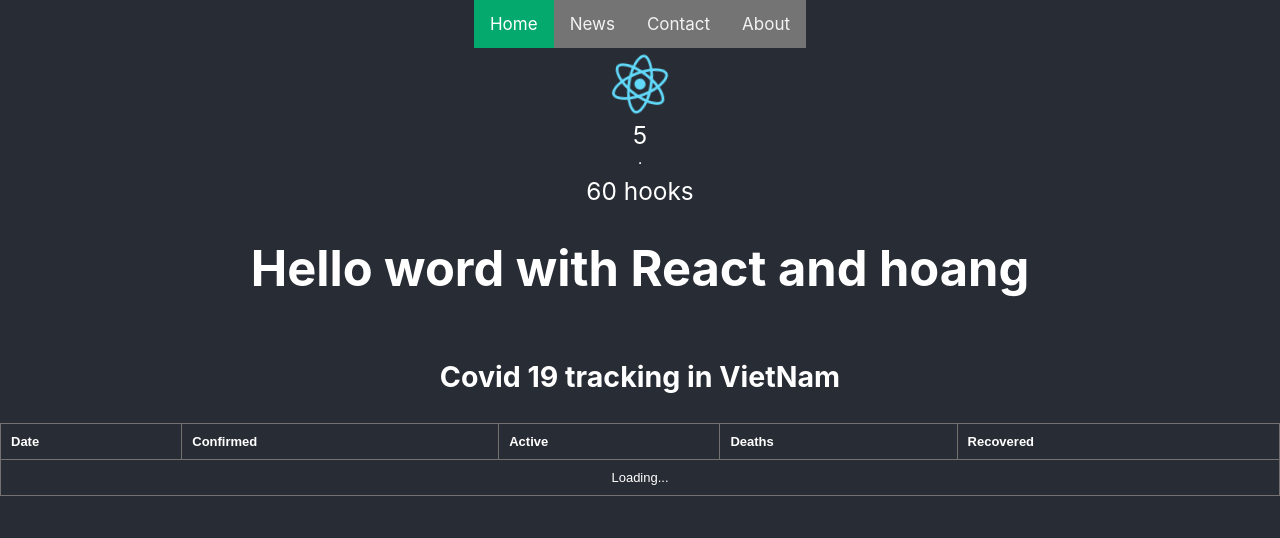
Repository: hoang0508/ReactJsHookBasic
Page: /
The author's editor kept a copy of each file at every save. The page is drawn from the files as they stood at one save, then again after the next save.
The browser window is 1280 px wide. The pictures show the whole page.
The page's requests for data from a server got no answer. The project was rebuilt for these pictures with package versions that can differ from the ones it lists, and the page was loaded fresh each time. No one was signed in, and anything a server would have sent is missing. Also part of the build but not shown: src/views/Todo.js.

Above is the page before, as saved 2021-11-14 22:13:40.

### src/App.js
import logo from "./logo.svg";
import "./App.css";
import Nav from "./views/Nav";
import { useState, useEffect } from "react";
import Todo from "./views/Todo";
import Covid from "./views/covid";
import { Countdown, NewCountDown } from "./views/Countdown";
// template + logic
// JSX
// babel
function App() {
  // state
  // let name = "Hoang";
  // useState (hook)
  let [name, setName] = useState("hoang");
  const [address, setAddress] = useState("");
  const [todos, setTodos] = useState([
    { id: "todo1", title: "My school EPU", type: "hoang" },
    { id: "todo2", title: "Doing homework", type: "huy" },
  ]);

  // didmount
  useEffect(() => {
    console.log("run use effect");
  }, [address]);

  useEffect(() => {
    console.log("run use effect todo");
  }, [todos]);

  const handleEventClick = (event) => {
    // setName(address); // setName re render
    // console.log("click me", name);
    // hook not merge state
    if (!address) {
      alert("empty input");
      return;
    }
    let newTodo = {
      id: Math.floor(Math.random() * 1000),
      title: address,
      type: "hoang",
    };
    setTodos([...todos, newTodo]); // spread
    setAddress("");
  };
  const handleOnchangeInput = (event) => {
    setAddress(event.target.value);
    // console.log(event.target.value);
  };
  const deleteDataTodo = (id) => {
    let currentTodos = todos;
    currentTodos = currentTodos.filter((item) => item.id !== id);
    setTodos(currentTodos);
  };

  const onTimesup = () => {
    alert("times up");
  };
  return (
    <div className="App">
      <header className="App-header">
        <Nav />
        <img src={logo} className="App-logo" alt="logo" />
        <Countdown onTimesup={onTimesup} />
        <hr />
        <NewCountDown />
        <h1>Hello word with React and {name}</h1>
        <Covid />
        {/* <Todo
          todos={todos}
          title={"All todos"}
          deleteDataTodo={deleteDataTodo}
        />
        <Todo
          todos={todos.filter((item) => item.type === "hoang")}
          title={"Hoang's todo"}
          deleteDataTodo={deleteDataTodo}
        />
        <input
          type="text"
          value={address}
          onChange={(event) => handleOnchangeInput(event)}
        />
        <button type="button" onClick={(event) => handleEventClick(event)}>
          Click me
        </button> */}
      </header>
    </div>
  );
}

export default App;

### src/App.css
.App {
  text-align: center;
}

.App-logo {
  height: 10vmin;
  pointer-events: none;
}

@media (prefers-reduced-motion: no-preference) {
  .App-logo {
    animation: App-logo-spin infinite 20s linear;
  }
}

.App-header {
  background-color: #282c34;
  min-height: 100vh;
  display: flex;
  flex-direction: column;
  align-items: center;
  /* justify-content: center; */
  font-size: calc(10px + 2vmin);
  color: white;
}

.App-link {
  color: #61dafb;
}

@keyframes App-logo-spin {
  from {
    transform: rotate(0deg);
  }
  to {
    transform: rotate(360deg);
  }
}

table {
  font-family: arial, sans-serif;
  border-collapse: collapse;
  width: 100%;
  font-size: 13px;
}

td,
th {
  border: 1px solid #747171;
  text-align: left;
  padding: 10px;
}

tr:nth-child(even) {
  background-color: #545454;
}

### src/views/Nav.js
import "./Nav.scss";
const Nav = () => {
  return (
    <div className="topnav">
      <a className="active" href="#home">
        Home
      </a>
      <a href="#news">News</a>
      <a href="#contact">Contact</a>
      <a href="#about">About</a>
    </div>
  );
};

export default Nav;

### src/views/covid.js
import moment from "moment";
import { useEffect, useState } from "react";
import useFetch from "../customize/fetch";
const Covid = () => {
  const today = new Date(new Date().setHours(0, 0, 0, 0));
  const priorDate = moment().subtract(31, "days");
  const {
    data: dataCovid,
    isloading,
    isError,
  } = useFetch(
    `https://api.covid19api.com/country/vietnam?from=${priorDate.toISOString()}&to=${today.toISOString()}`
  );
  return (
    <>
      <h3>Covid 19 tracking in VietNam</h3>
      <table>
        <thead>
          <tr>
            <th>Date</th>
            <th>Confirmed</th>
            <th>Active</th>
            <th>Deaths</th>
            <th>Recovered</th>
          </tr>
        </thead>
        <tbody>
          {isError === false &&
            isloading === false &&
            dataCovid &&
            dataCovid.length > 0 &&
            dataCovid.map((item) => {
              return (
                <tr key={item.ID}>
                  <td>{item.Date}</td>
                  <td>{item.Confirmed}</td>
                  <td>{item.Active}</td>
                  <td>{item.Deaths}</td>
                  <td>{item.Recovered}</td>
                </tr>
              );
            })}

          {isloading === true && (
            <tr>
              <td colSpan="5" style={{ textAlign: "center" }}>
                Loading...
              </td>
            </tr>
          )}

          {isError === true && (
            <tr>
              <td colSpan="5" style={{ textAlign: "center" }}>
                Something wrong ...
              </td>
            </tr>
          )}
        </tbody>
      </table>
    </>
  );
};

export default Covid;

### src/views/Countdown.js
import React from "react";
class Countdown extends React.Component {
  state = {
    count: 10,
  };
  componentDidMount() {
    // setTimeout(() => {
    //   console.log("me");
    // }, 1000);

    this.timer = setInterval(() => {
      this.setState({
        count: this.state.count - 1,
      });
    }, 1000);
  }
  componentDidUpdate(prevProps, prevState) {
    if (prevState !== this.state.count && this.state.count === 0) {
      if (this.timer) {
        clearInterval(this.timer);
        this.props.onTimesup();
      }
    }
  }
  render() {
    return <div>{this.state.count}</div>;
  }
}

// export default Countdown;

const NewCountDown = () => {
  return <div>60 hooks</div>;
};

export { Countdown, NewCountDown };

### src/views/Nav.scss
.topnav {
  overflow: hidden;
  background-color: #747474;
  a {
    float: left;
    color: #f2f2f2;
    text-align: center;
    padding: 14px 16px;
    text-decoration: none;
    font-size: 17px;
  }
  a:hover {
    background-color: #ddd;
    color: black;
  }
  a.active {
    background-color: #04aa6d;
    color: white;
  }
}

### src/customize/fetch.js
import { useEffect, useState } from "react";
import axios from "axios";
import moment from "moment";
const useFetch = (url) => {
  const [data, setData] = useState([]);
  const [isloading, setIsLoading] = useState(true);
  const [isError, setIsError] = useState(false);
  // componentDidmount
  useEffect(() => {
    try {
      async function fetchData() {
        let reponse = await axios.get(url);
        let data = reponse && reponse.data ? reponse.data : [];
        if (data && data.length > 0) {
          data.map((item) => {
            item.Date = moment(item.Date).format("DD/MM/YYYY");
            return item;
          });
          data = data.reverse();
        }
        setData(data);
        setIsLoading(false);
        setIsError(false);
      }
      fetchData();
    } catch (e) {
      setIsError(true);
      setIsLoading(false);
    }
  }, []);

  return {
    data,
    isloading,
    isError,
  };
};

export default useFetch;

Loaded but not shown: public/index.html (common file); src/index.js (common file); src/index.css (common file); src/reportWebVitals.js (common file)

After the next save:
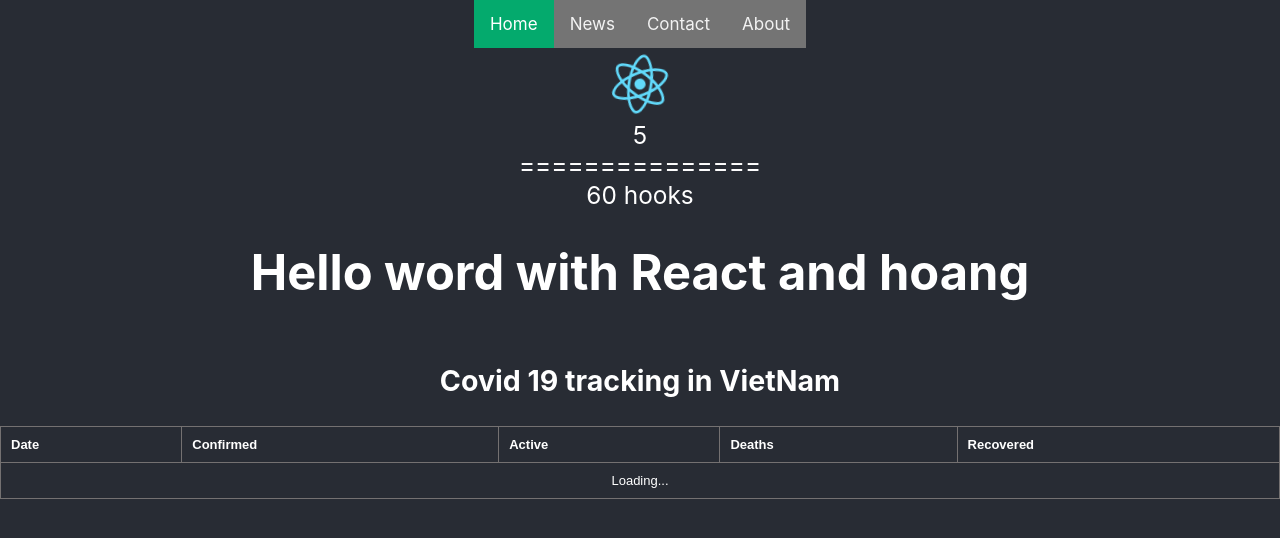
Saved 89 s later.
--- a/src/App.js
+++ b/src/App.js
@@ -63,7 +63,7 @@
         <Nav />
         <img src={logo} className="App-logo" alt="logo" />
         <Countdown onTimesup={onTimesup} />
-        <hr />
+        <span>===============</span>
         <NewCountDown />
         <h1>Hello word with React and {name}</h1>
         <Covid />
